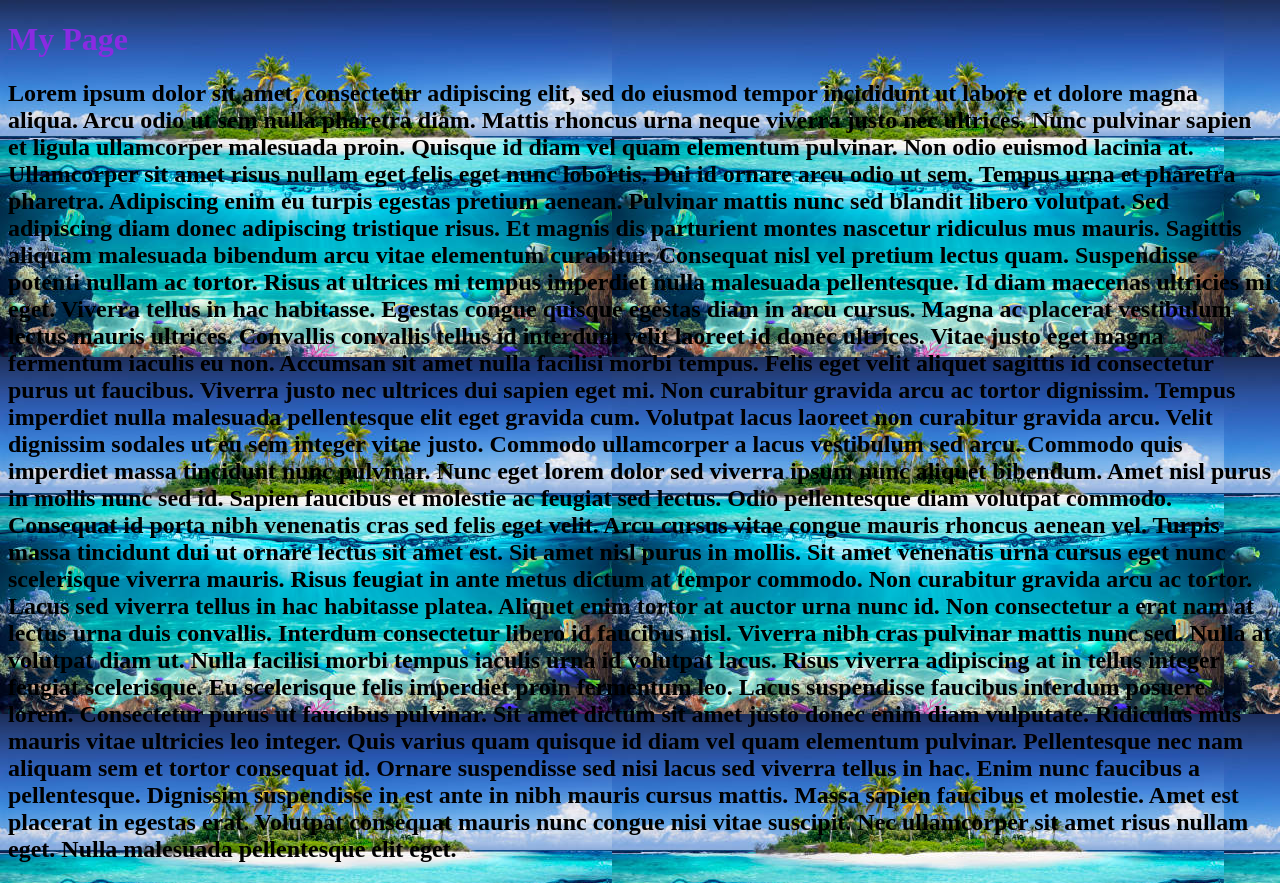
Repository: MelindaN14/My-Personal-Website
Page: portfolio.html
The author's editor kept a copy of each file at every save. The page is drawn from the files as they stood at one save, then again after a run of saves.
The browser window is 1280 px wide. The pictures show the whole page.

Above is the page before, as saved 2024-03-18 21:08:51.

### portfolio.html
<!DOCTYPE html>
<html lang="en">
<head>
    <meta charset="UTF-8">
    <meta name="viewport" content="width=device-width, initial-scale=1.0">
    <title>Portfolio</title>
</head>
<link rel="stylesheet" a href="style.css">
<body>
    <h1>My Page</h1>
    <h2>Lorem ipsum dolor sit amet, consectetur adipiscing elit, sed do eiusmod tempor incididunt ut labore et dolore magna aliqua. Arcu odio ut sem nulla pharetra diam. Mattis rhoncus urna neque viverra justo nec ultrices. Nunc pulvinar sapien et ligula ullamcorper malesuada proin. Quisque id diam vel quam elementum pulvinar. Non odio euismod lacinia at. Ullamcorper sit amet risus nullam eget felis eget nunc lobortis. Dui id ornare arcu odio ut sem. Tempus urna et pharetra pharetra. Adipiscing enim eu turpis egestas pretium aenean. Pulvinar mattis nunc sed blandit libero volutpat. Sed adipiscing diam donec adipiscing tristique risus. Et magnis dis parturient montes nascetur ridiculus mus mauris. Sagittis aliquam malesuada bibendum arcu vitae elementum curabitur. Consequat nisl vel pretium lectus quam. Suspendisse potenti nullam ac tortor. Risus at ultrices mi tempus imperdiet nulla malesuada pellentesque.

Id diam maecenas ultricies mi eget. Viverra tellus in hac habitasse. Egestas congue quisque egestas diam in arcu cursus. Magna ac placerat vestibulum lectus mauris ultrices. Convallis convallis tellus id interdum velit laoreet id donec ultrices. Vitae justo eget magna fermentum iaculis eu non. Accumsan sit amet nulla facilisi morbi tempus. Felis eget velit aliquet sagittis id consectetur purus ut faucibus. Viverra justo nec ultrices dui sapien eget mi. Non curabitur gravida arcu ac tortor dignissim. Tempus imperdiet nulla malesuada pellentesque elit eget gravida cum. Volutpat lacus laoreet non curabitur gravida arcu. Velit dignissim sodales ut eu sem integer vitae justo.

Commodo ullamcorper a lacus vestibulum sed arcu. Commodo quis imperdiet massa tincidunt nunc pulvinar. Nunc eget lorem dolor sed viverra ipsum nunc aliquet bibendum. Amet nisl purus in mollis nunc sed id. Sapien faucibus et molestie ac feugiat sed lectus. Odio pellentesque diam volutpat commodo. Consequat id porta nibh venenatis cras sed felis eget velit. Arcu cursus vitae congue mauris rhoncus aenean vel. Turpis massa tincidunt dui ut ornare lectus sit amet est. Sit amet nisl purus in mollis. Sit amet venenatis urna cursus eget nunc scelerisque viverra mauris.

Risus feugiat in ante metus dictum at tempor commodo. Non curabitur gravida arcu ac tortor. Lacus sed viverra tellus in hac habitasse platea. Aliquet enim tortor at auctor urna nunc id. Non consectetur a erat nam at lectus urna duis convallis. Interdum consectetur libero id faucibus nisl. Viverra nibh cras pulvinar mattis nunc sed. Nulla at volutpat diam ut. Nulla facilisi morbi tempus iaculis urna id volutpat lacus. Risus viverra adipiscing at in tellus integer feugiat scelerisque.

Eu scelerisque felis imperdiet proin fermentum leo. Lacus suspendisse faucibus interdum posuere lorem. Consectetur purus ut faucibus pulvinar. Sit amet dictum sit amet justo donec enim diam vulputate. Ridiculus mus mauris vitae ultricies leo integer. Quis varius quam quisque id diam vel quam elementum pulvinar. Pellentesque nec nam aliquam sem et tortor consequat id. Ornare suspendisse sed nisi lacus sed viverra tellus in hac. Enim nunc faucibus a pellentesque. Dignissim suspendisse in est ante in nibh mauris cursus mattis. Massa sapien faucibus et molestie. Amet est placerat in egestas erat. Volutpat consequat mauris nunc congue nisi vitae suscipit. Nec ullamcorper sit amet risus nullam eget. Nulla malesuada pellentesque elit eget.</h2>
</body>
</html>

### style.css
h1 {
    color:blueviolet;
}
p{
    color:magenta;
}

body {
background-image: url("Island.jpg");
background
}

After the next 3 saves:
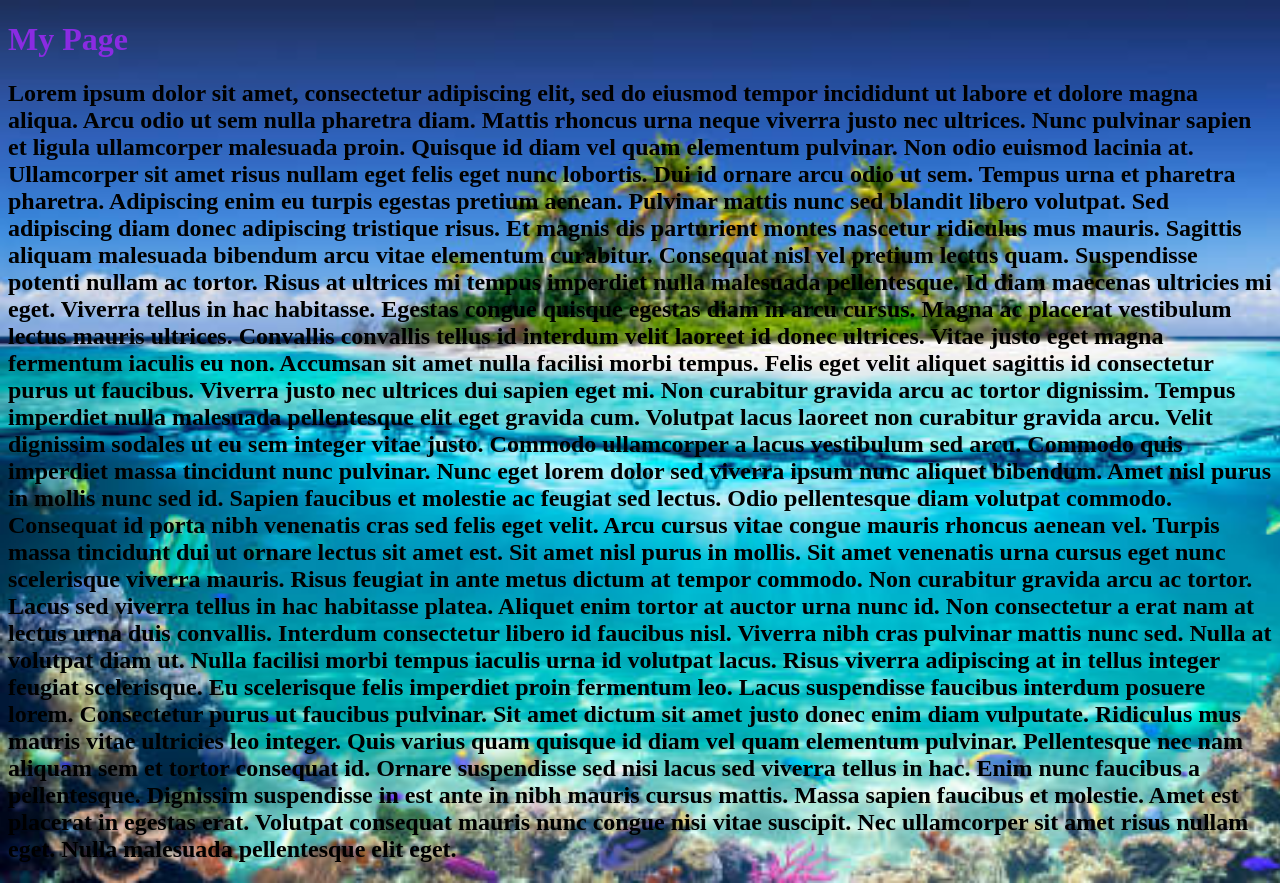
The 3 saves are shown as one change because they came seconds apart.
The last was saved 9 s later.
--- a/style.css
+++ b/style.css
@@ -7,5 +7,5 @@ p{
 
 body {
 background-image: url("Island.jpg");
-background
+background-size: cover;
 }
